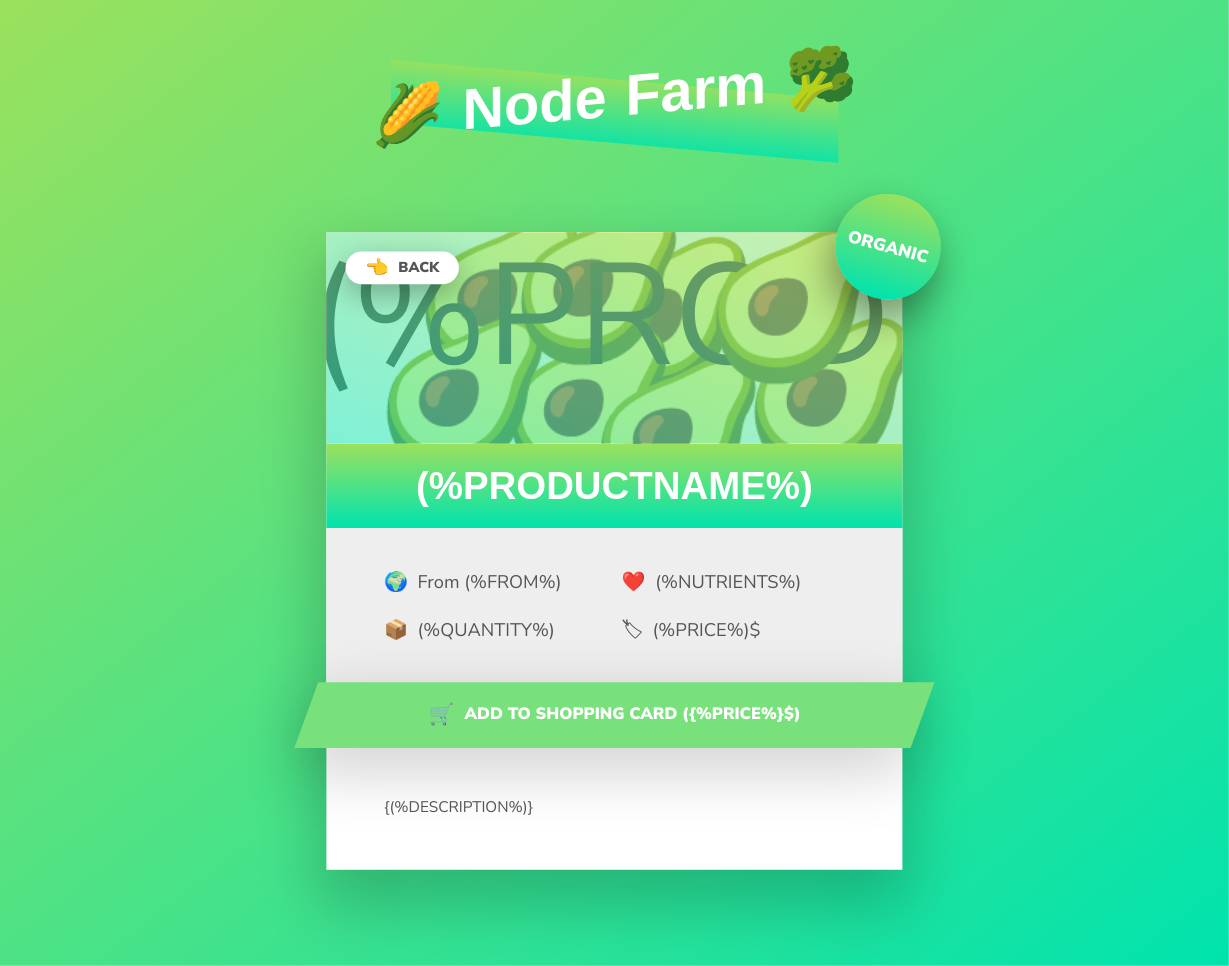
Repository: smit1298/complete-node-bootcamp
Page: node-farm/starter/templates/product.html
These files come from the project's save history. The page is drawn as it stood at one moment and after a run of saves; the edit follows.
The browser window is 1280 px wide. The pictures show the whole page, at 96% of full size.
Some web fonts or font styles are not loaded; a fallback is used.

Above is the page before, as saved 2021-07-21 13:06:25.

After the next 4 saves:
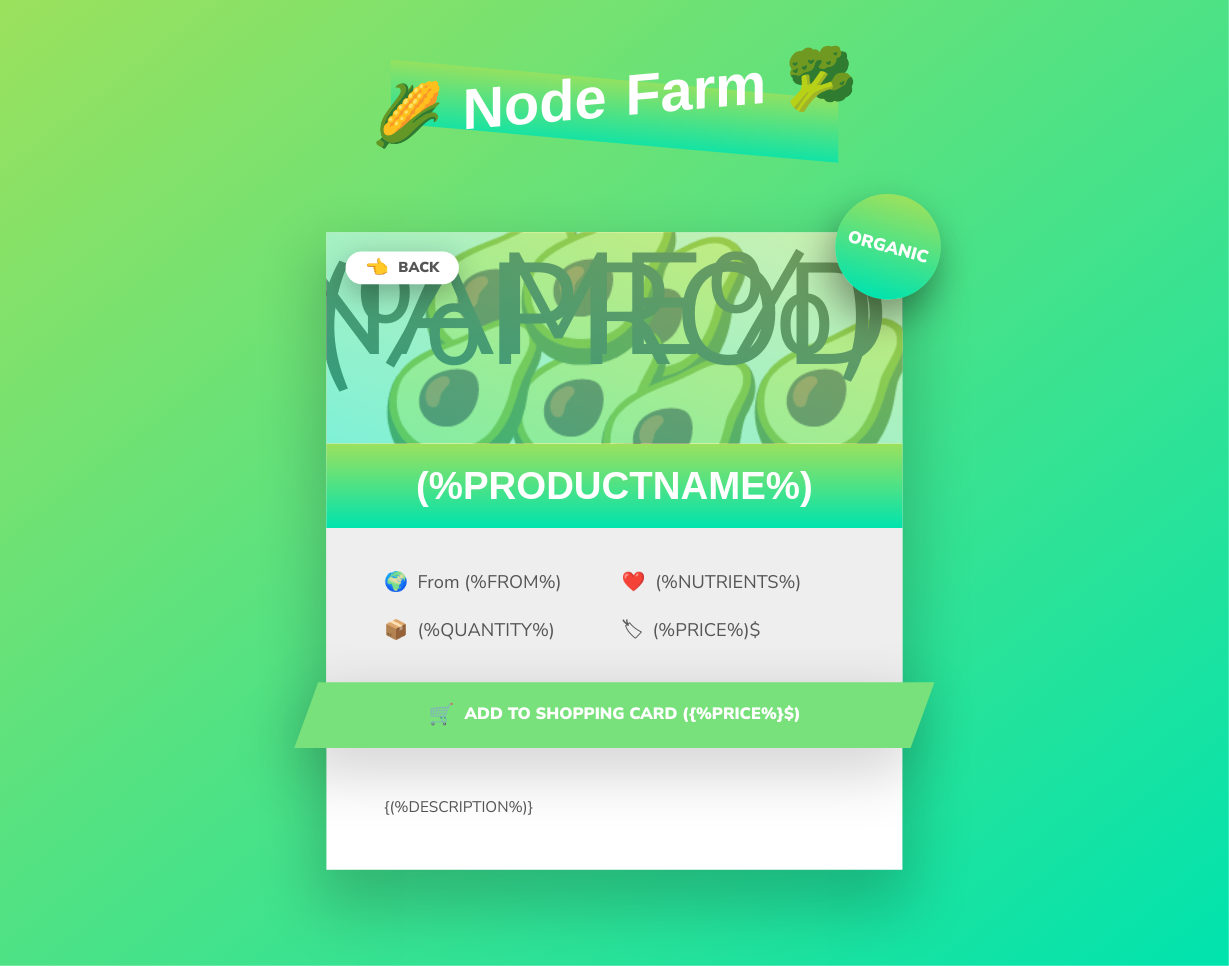
The 4 saves are shown as one change because they came seconds apart.
The last was saved 17 s later.
--- a/node-farm/starter/templates/product.html
+++ b/node-farm/starter/templates/product.html
@@ -278,7 +278,7 @@
           <span class="product__emoji product__emoji--1">(%PRODUCTNAME%)</span>
           <span class="product__emoji product__emoji--2">🥑</span>
           <span class="product__emoji product__emoji--3">🥑</span>
-          <span class="product__emoji product__emoji--4">🥑</span>
+          <span class="product__emoji product__emoji--4">(%PRODUCTNAME%)</span>
           <span class="product__emoji product__emoji--5">🥑</span>
           <span class="product__emoji product__emoji--6">🥑</span>
           <span class="product__emoji product__emoji--7">🥑</span>
